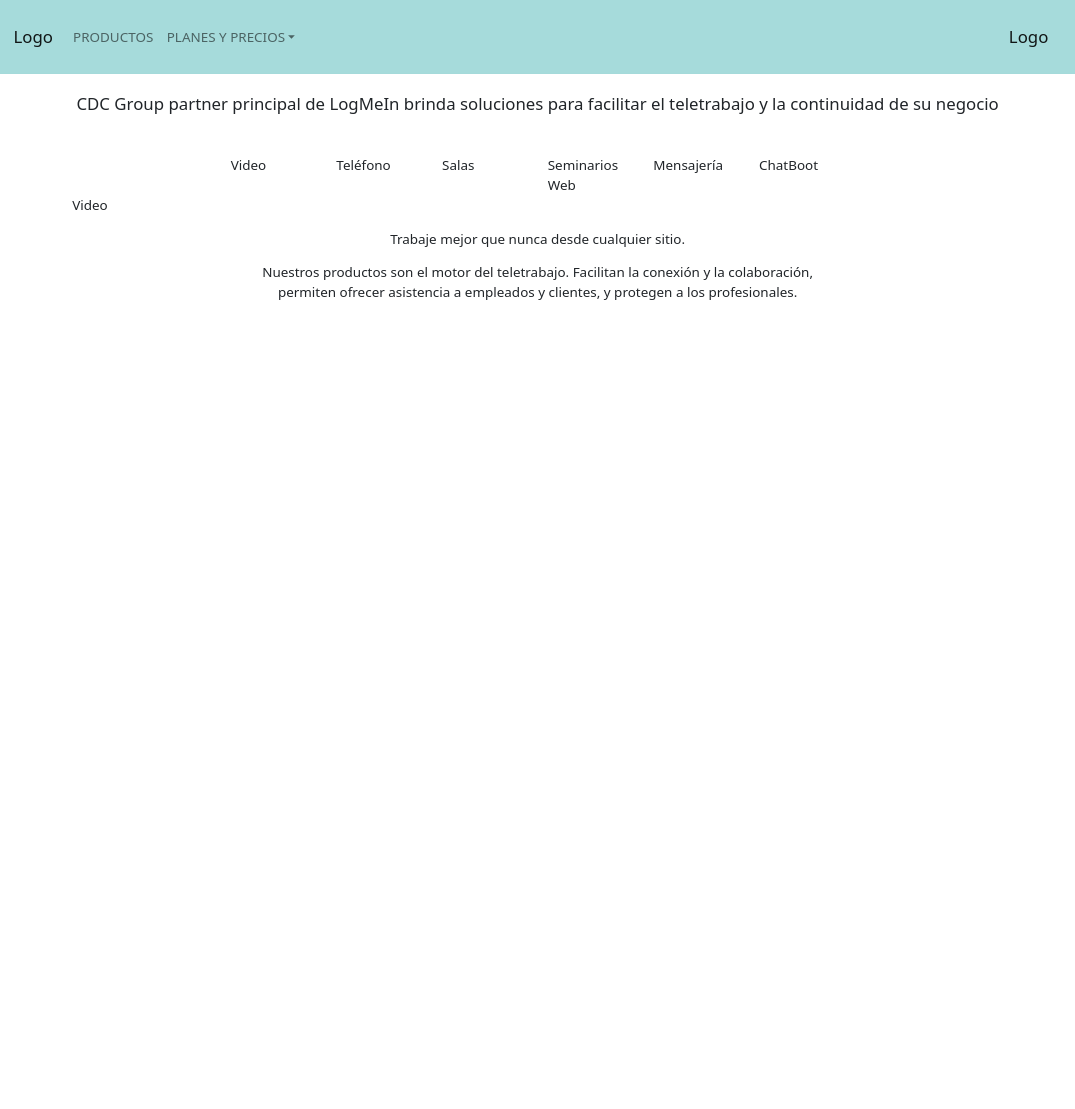
Repository: onehitwondermx/cdclogmein
Page: index.html
An editor plug-in stored every save of this project. The page is shown before and after the next save, followed by the edit.
The browser window is 1280 px wide. The pictures show the whole page, at 84% of full size.

Above is the page before, as saved 2021-06-03 22:50:09.

### index.html
<!DOCTYPE html>
<html lang="es">
  <head>
    <meta charset="utf-8">
    <meta name="viewport" content="width=device-width, initial-scale=1">
    <script src="https://cdn.jsdelivr.net/npm/bootstrap@5.0.1/dist/js/bootstrap.bundle.min.js" integrity="sha384-gtEjrD/SeCtmISkJkNUaaKMoLD0//ElJ19smozuHV6z3Iehds+3Ulb9Bn9Plx0x4" crossorigin="anonymous"></script>
    <link href="https://cdn.jsdelivr.net/npm/bootstrap@5.0.1/dist/css/bootstrap.min.css" rel="stylesheet" integrity="sha384-+0n0xVW2eSR5OomGNYDnhzAbDsOXxcvSN1TPprVMTNDbiYZCxYbOOl7+AMvyTG2x" crossorigin="anonymous">
    <title>LogMeIn - CDC Gropu</title>
  </head>
<body>
  <nav class="navbar sticky-top navbar-expand-lg navbar-light" style="background-color: #a6dbdb;">
    <div class="p-3 container-fluid">
        <a href="#" class="navbar-brand">Logo</a>
        <button class="navbar-toggler" type="button" data-bs-toggle="collapse" data-bs-target="#navbarText" aria-controls="navbarText" aria-expanded="false" aria-label="Toggle navigation">
          <span class="navbar-toggler-icon"></span>
        </button>
        <div class="collapse navbar-collapse" id="navbarText">
            <ul class="navbar-nav me-auto mb-2 mb-lg-0">
              <li class="nav-item"><a class="nav-link" href="#">PRODUCTOS</a></li>
              <li class="nav-item dropdown"><a class="nav-link dropdown-toggle" href="#" id="navbarScrollingDropdown" role="button" data-bs-toggle="dropdown" aria-expanded="false">PLANES Y PRECIOS</a>
                <ul class="dropdown-menu" aria-labelledby="navbarScrollingDropdown">
                  <li><a class="dropdown-item" href="#">GoToConnect</a></li>
                  <li><a class="dropdown-item" href="#">GoToMeeting</a></li>
                  <li><a class="dropdown-item" href="#">GoToWebinar</a></li>
                  <li><a class="dropdown-item" href="#">LastPass</a></li>
                  <li><a class="dropdown-item" href="#">Central</a></li>
                  <li><a class="dropdown-item" href="#">GoToMyPC</a></li>
                  <li><a class="dropdown-item" href="#">GoToTraining</a></li>
                  <li><a class="dropdown-item" href="#">GoAssist</a></li>
                </ul>
              </li>
            </ul>
            <a href="#" class="navbar-brand">Logo</a>
          </div>
        </div>
    </div>
  </nav>

  <div class="p-4 container-fluid">
      <div class="row justify-content-md-center">
        <div class="col-md-auto">
          <h5 class="text-center">
            CDC Group partner principal de LogMeIn brinda soluciones para facilitar el teletrabajo y la continuidad de su negocio
          </h5>
        </div>
      </div>
  </div>
  <div class="p-3 container">
    <div class="row">
      <div class="col-2 d-none d-lg-block"></div>
      <div class="col">
        <span>Video</span>
      </div>
      <div class="col">
        <span>Teléfono</span>
      </div>
      <div class="col">
        <span>Salas</span>
      </div>
      <div class="col">
        <span>Seminarios Web</span>
      </div>
      <div class="col">
        <span>Mensajería
        </span>
      </div>
      <div class="col">
        <span>ChatBoot</span>
      </div>
      <div class="col-2 d-none d-lg-block"></div>
    </div>
    <div> Video</div>
    <div class="p-3 container">
      <p  class="text-center">Trabaje mejor que nunca desde cualquier sitio.</p>
      <div class="row">
      <div class="col"></div>
      <div class="col-8">
      <p class="text-center">
        Nuestros productos son el motor del teletrabajo. Facilitan la conexión y la colaboración, permiten ofrecer asistencia a empleados y clientes, y protegen a los profesionales.
      </p>
    </div>
    <div class="col"></div>
    </div>
  </div>
  </div>

   <br><br><br><br><br><br><br><br><br><br><br><br><br><br><br><br><br><br><br><br><br><br><br><br><br><br><br><br><br><br><br><br><br><br><br><br><br><br>
  </body>
</html>

After the next save:
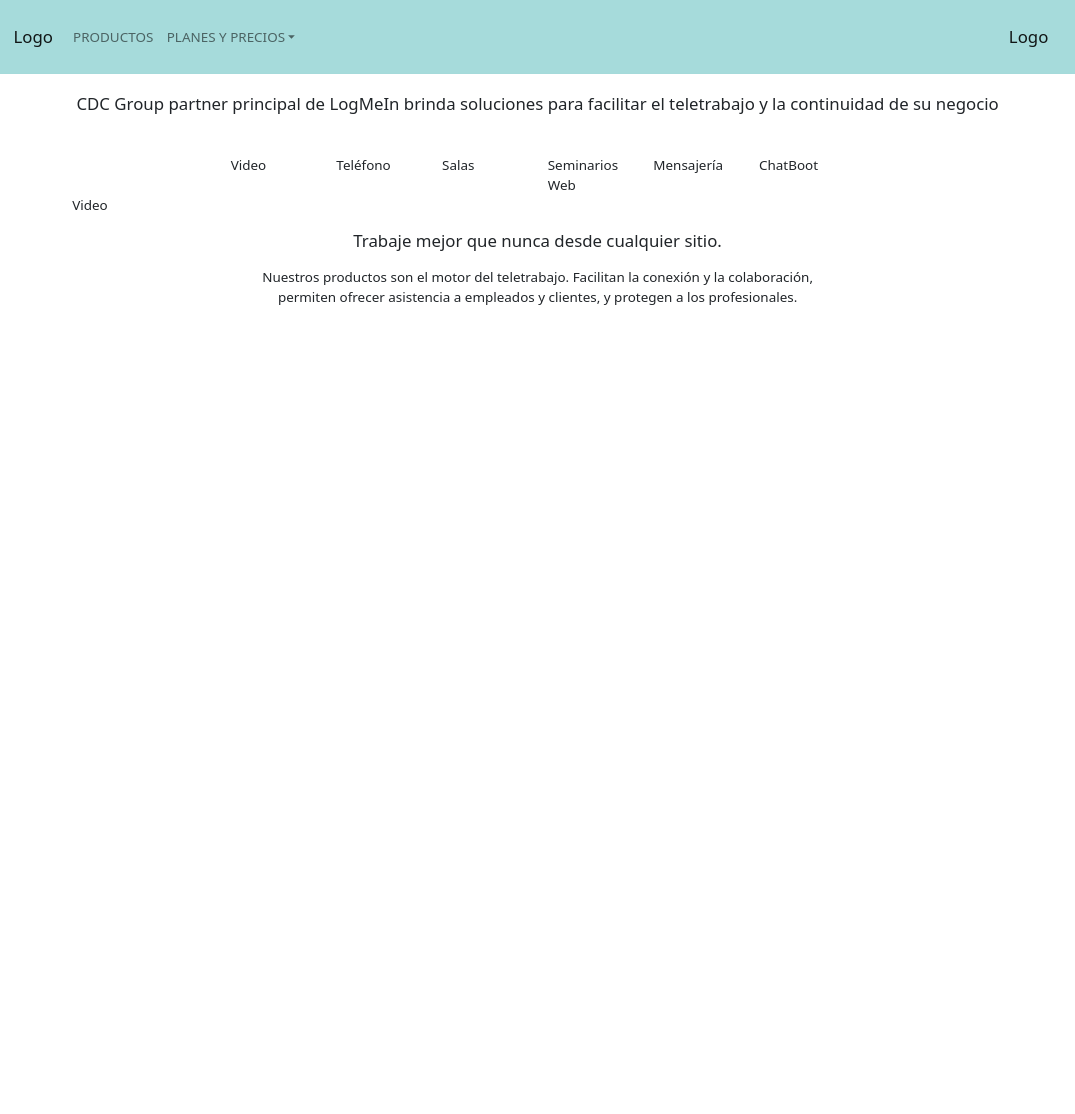
Saved 27 s later.
--- a/index.html
+++ b/index.html
@@ -71,7 +71,7 @@
     </div>
     <div> Video</div>
     <div class="p-3 container">
-      <p  class="text-center">Trabaje mejor que nunca desde cualquier sitio.</p>
+      <p  class="text-center fs-5">Trabaje mejor que nunca desde cualquier sitio.</p>
       <div class="row">
       <div class="col"></div>
       <div class="col-8">
